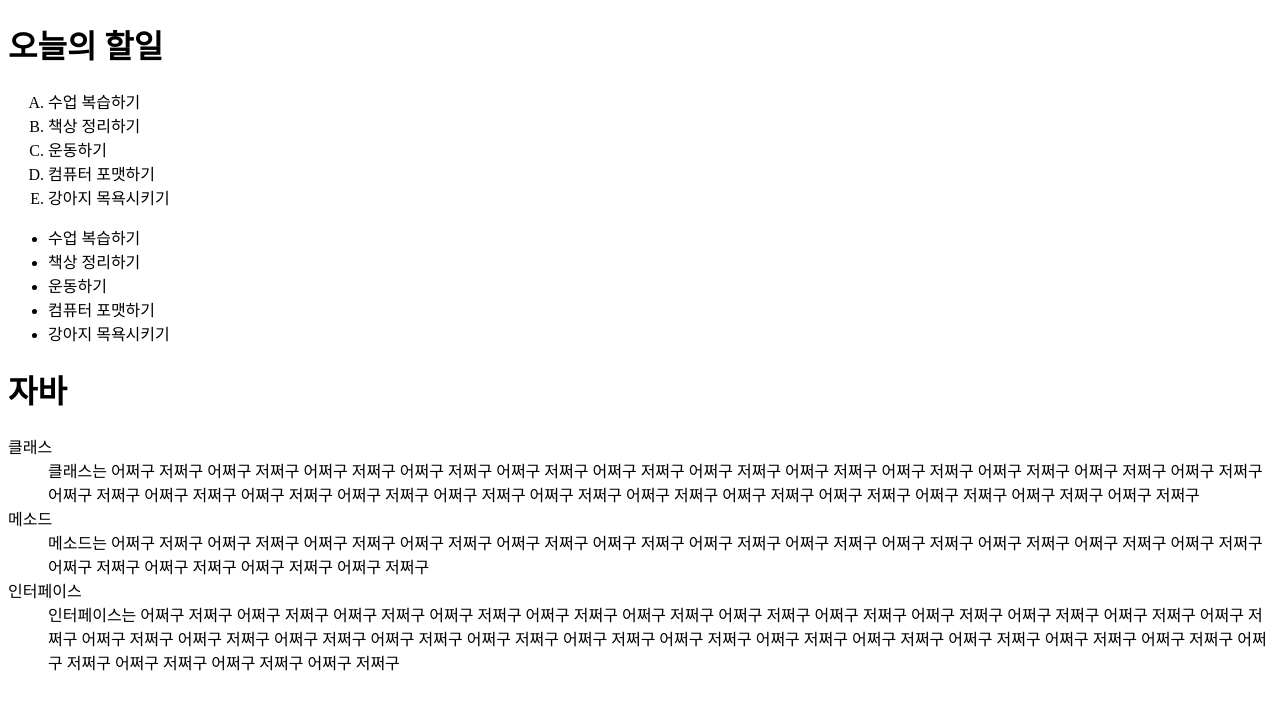
Repository: chanjin5212/Full-Stack-study
Page: client/ClientTest/src/main/webapp/html/ex10_list.html
The author's editor kept a copy of each file at every save. The page is drawn from the files as they stood at one save, then again after the next save.
The browser window is 1280 px wide. The pictures show the whole page.

Above is the page before, as saved 2022-05-24 01:41:17.

After the next save:
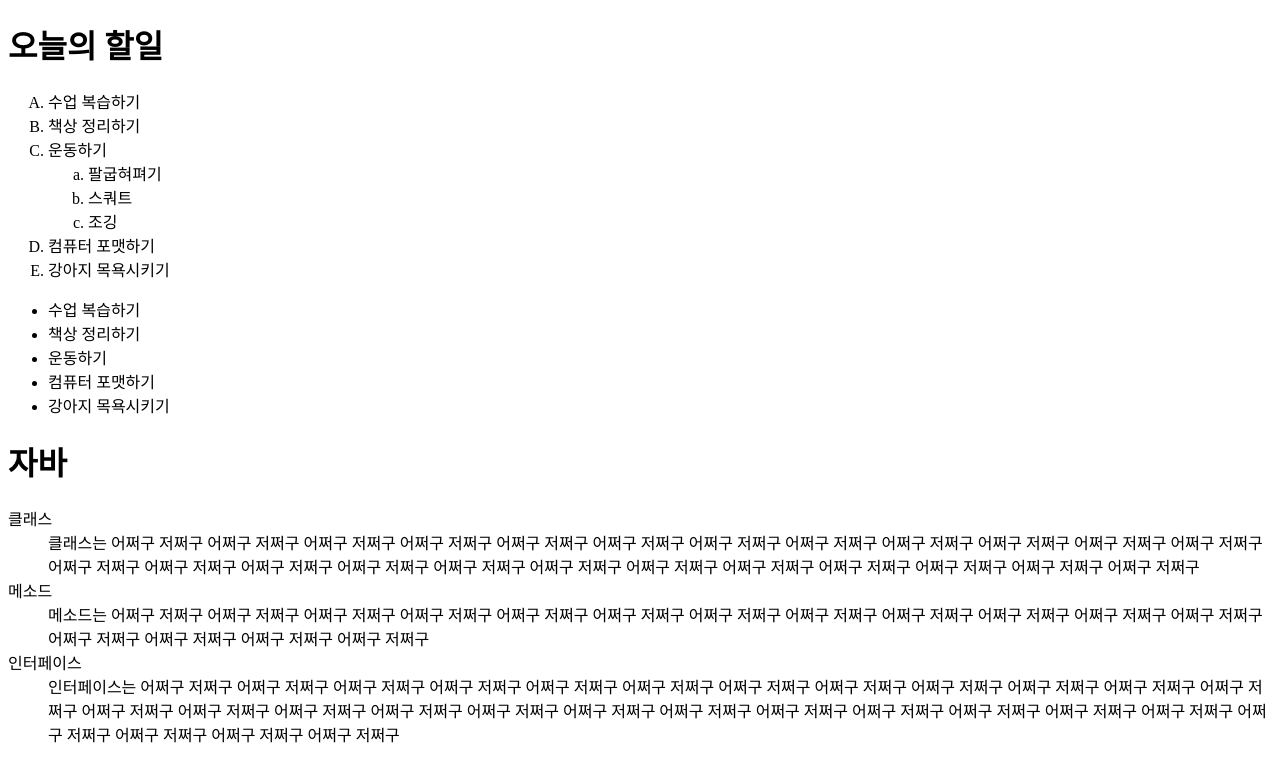
Saved 32 s later.
--- a/client/ClientTest/src/main/webapp/html/ex10_list.html
+++ b/client/ClientTest/src/main/webapp/html/ex10_list.html
@@ -32,6 +32,11 @@
 	 	<li>수업 복습하기</li>
 	 	<li>책상 정리하기</li>
 	 	<li>운동하기</li>
+	 	<ol type = "a">
+	 		<li>팔굽혀펴기</li>
+	 		<li>스쿼트</li>
+	 		<li>조깅</li>
+	 	</ol>
 	 	<li>컴퓨터 포맷하기</li>
 	 	<li>강아지 목욕시키기</li>
 	 </ol>
